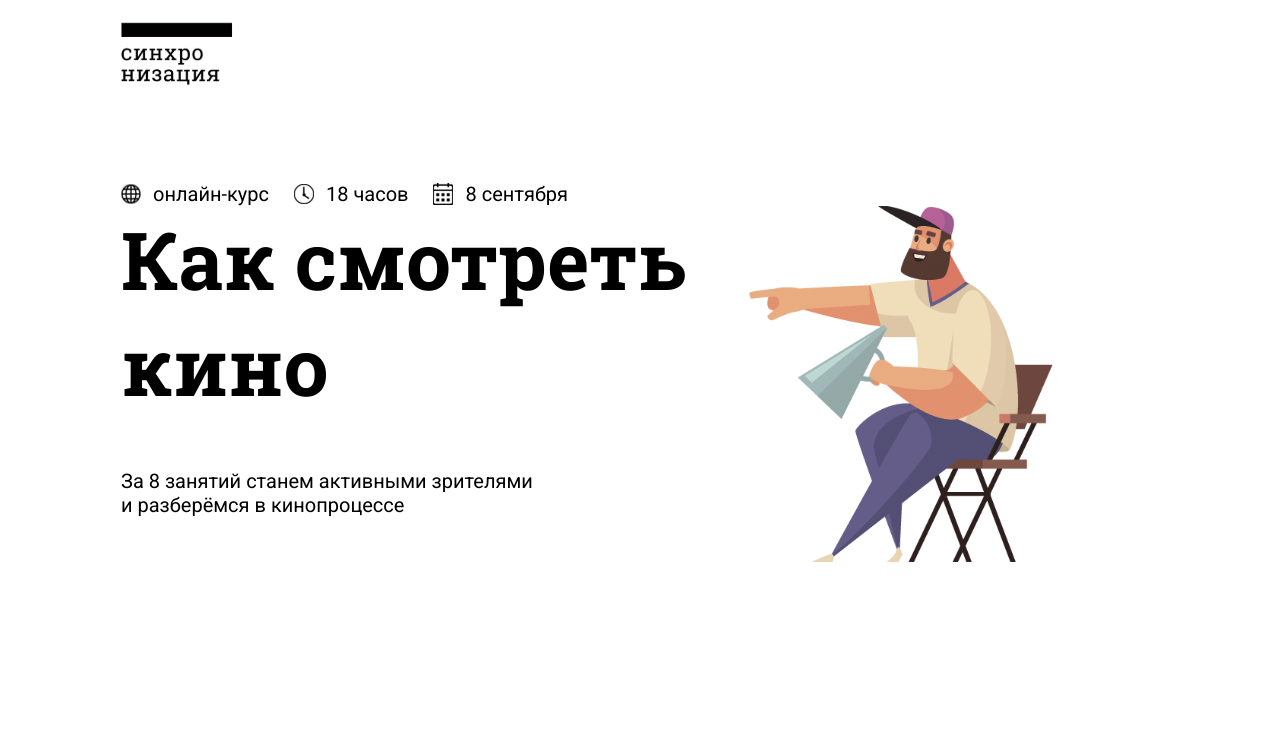
Repository: kubrazamanova/project1
Page: index.html
The author's editor kept a copy of each file at every save. The page is drawn from the files as they stood at one save, then again after a run of saves.
The browser window is 1280 px wide. The pictures show the whole page.

Above is the page before, as saved 2023-09-09 13:02:10.

### index.html
<!DOCTYPE html>
<html lang="en">
  <head>
    <meta charset="UTF-8" />
    <meta name="viewport" content="width=device-width, initial-scale=1.0" />
    <title>Document</title>
    <link rel="stylesheet" href="index.css" />
  </head>

  <body>
    <div class="container">
      <img class="logo-img" src="./images/logo_mobile_black 1 (1).svg" alt="" />
      <ul>
        <li>
          <img src="./images/globe (1).svg" alt="" />
          <p>онлайн-курс</p>
        </li>
        <li>
          <img src="./images/img_135744 (1).svg" alt="" />
          <p>18 часов</p>
        </li>
        <li>
          <img src="./images/calendar_2 (1).svg" alt="" />
          <p>8 сентября</p>
        </li>
      </ul>
<div class="collaj-box">
  <div class="text-container">
    <h1>Как смотреть кино</h1>
    <p>
      За 8 занятий станем активными зрителями и разберёмся в кинопроцессе
    </p>

  </div>
  <img src="./images/noroot 1.svg" alt="" />

</div>

      <!-- <div class="card-box">
        <div class="blue">
          <h1>
            Зритель для меня не потребитель моей продукции, не судья, а
            соучастник творчества, соавтор.
          </h1>
          <br />
          <h2>Андрей Тарковский</h2>
        </div>
      </div> -->
    </div>
  </body>
</html>

### index.css
@import url("https://fonts.googleapis.com/css2?family=Roboto+Slab:wght@700&family=Roboto:wght@400;700&display=swap");
* {
  margin: 0;
  padding: 0;
  box-sizing: border-box;
}
.container {
  padding: 21px 246px 173px 121px;
}
.container .logo-img {
  width: 112px;
  height: 66px;
}
.container ul {
  margin-top: 92px;
  display: flex;
}
.container ul li {
  display: flex;
  margin-right: 25px;
}
.container ul li img {
  margin-right: 12px;
  width: 20px;
  height: 22px;
}
.container ul li p {
  color: #000;
  font-family: Roboto;
  font-size: 20px;
  font-style: normal;
  font-weight: 400;
  line-height: 115%;
}
.container .collaj-box {
  display: flex;
  justify-content: space-between;
}
.container .collaj-box img {
  width: 304px;
  height: 356px;
}

.container .collaj-box .text-container h1 {
  margin-bottom: 51px;
  width: 628px;
  color: #000;
  font-family: Roboto Slab;
  font-size: 80px;
  font-style: normal;
  font-weight: 700;
}
.container .collaj-box .text-container p {
  width: 414px;
  color: #000;
  font-family: Roboto;
  font-size: 20px;
  font-style: normal;
  font-weight: 400;
}
.img {
  width: 304px;
  height: 356px;
}
.blue {
  border-radius: 5px;
  background: #1e4681;
  width: 483.635px;
  height: 200px;
}

.blue h1 {
  width: 430.589px;
  height: 113px;
  color: #fff;
  font-family: Roboto Slab;
  font-size: 25px;
  font-style: normal;
  font-weight: 400;
}
.blue h2 {
  color: #fff;
  text-align: right;
  font-family: Roboto;
  font-size: 20px;
  font-style: normal;
  font-weight: 400;
}

After the next 3 saves:
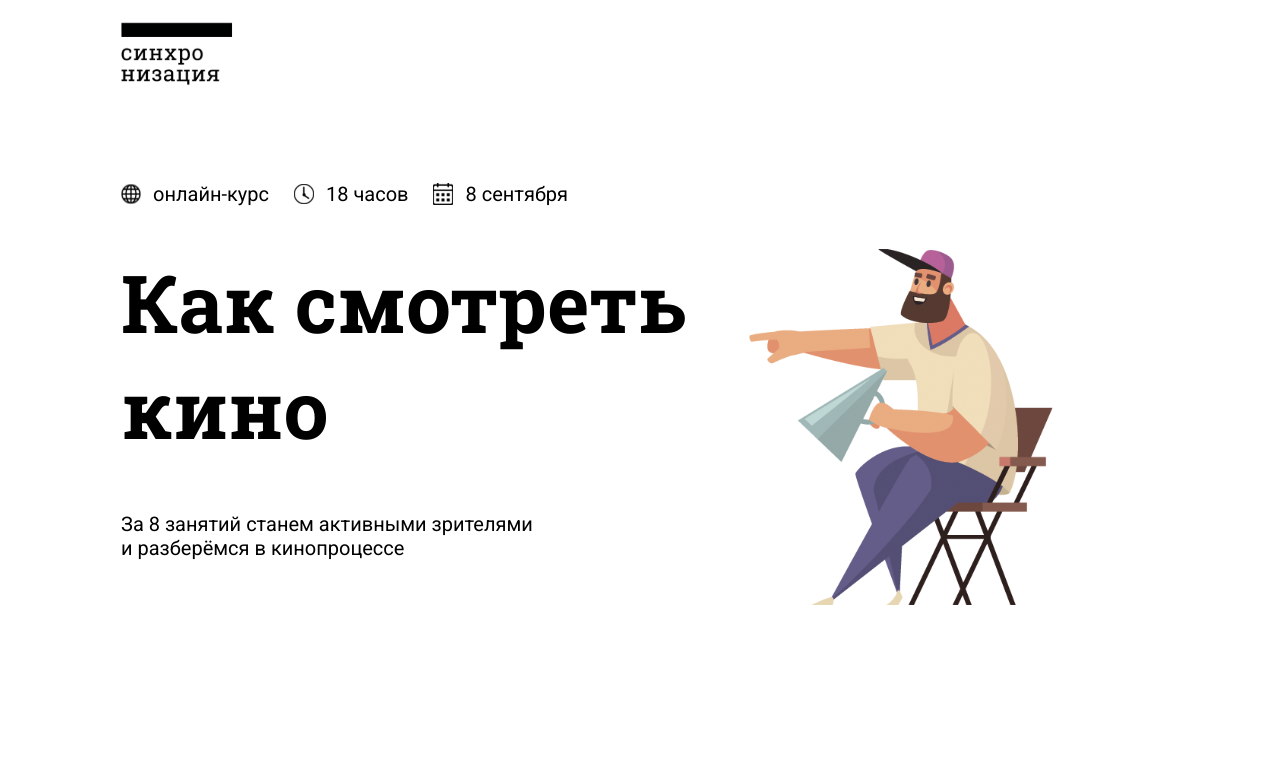
The 3 saves are shown as one change because they came seconds apart.
The last was saved 56 s later.
--- a/index.css
+++ b/index.css
@@ -33,6 +33,7 @@
   line-height: 115%;
 }
 .container .collaj-box {
+    margin-top: 43px;
   display: flex;
   justify-content: space-between;
 }
